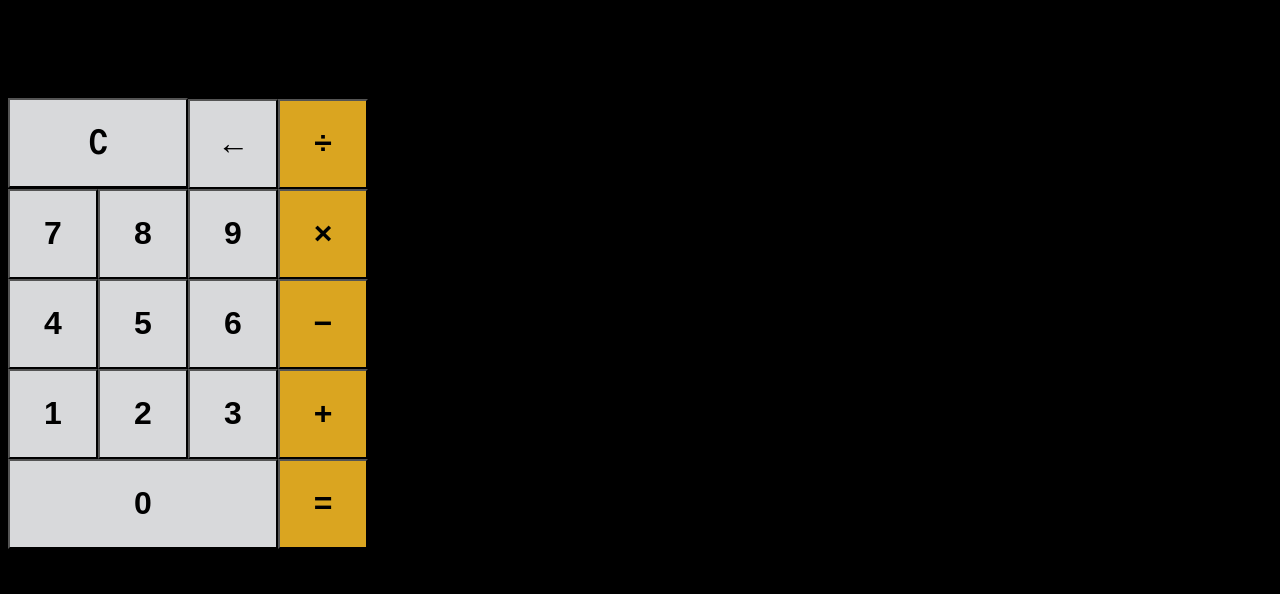
Repository: jontslater/LAB-calculator2
Page: index.html
These files come from the project's save history. The page is drawn as it stood at one moment and after the next save; the edit follows.
The browser window is 1280 px wide. The pictures show the whole page.

Above is the page before, as saved 2023-10-14 10:13:12.

### index.html
<!DOCTYPE html>
<html lang="en">
<head>
  <meta charset="UTF-8">
  <meta name="viewport" content="width=device-width, initial-scale=1.0">
  <title>calculator</title>
  <link rel="stylesheet" href="main.css">
  <script src="main.js"></script>
</head>

<body>
  <div class="container">

    <div class="box"></div>

    <table>
    <button class="symbols gray three">&#8705;</button>
    <button class="symbols gray">&#8592;</button>
    <button class="symbols orange">&#247;</button>
  </table>

  <table>
    <button class="bottonss gray">7</button>
    <button class="bottonss gray">8</button>
    <button class="bottonss gray">9</button>
    <button class="orange">&#215;</button>
  </table>

  <table>
    <button class="bottonss gray">4</button>
    <button class="bottonss gray">5</button>
    <button class="bottonss gray">6</button>
    <button class="orange">&#8722;</button>
  </table>

  <table>
    <button class="bottonss gray">1</button>
    <button class="bottonss gray">2</button>
    <button class="bottonss gray">3</button>
    <button class="orange">&#43;</button>
  </table>


  <table>
    <button class="bottonss gray twice">0</button>
    <button class="orange">&#61;</button>
  </table>

  </div>

</body>
</html>

### main.css
body{
  background-color: #000000;
}

.container{
  width: 400px;
  font-size: xx-large;
  font-weight: bold;
}



.buttonss{
  background-color: #d8d9db;
  height: 90px;
  width: 90px;
  font-size: xx-large;
  font-weight: bold;
}



.gray{
  background-color: #d8d9db;
  height: 90px;
  width: 90px;
  font-size: xx-large;
  font-weight: bold;
}

.twice{
  width: 270px;
  font-size: xx-large;
  font-weight: bold;
}

.three{
  width: 180px;
  font-size: xx-large;
  font-weight: bold;
}

.orange{
  background-color:goldenrod;
  height: 90px;
  width: 90px;
  font-size: xx-large;
  font-weight: bold;
}

.box{
  background-color: #000000;
  height: 90px;
  width: 360px;
  border-radius: 1px;
  border-color: white;
}

Loaded but not shown: main.js (no stored copy; drawn as an empty file)

After the next save:
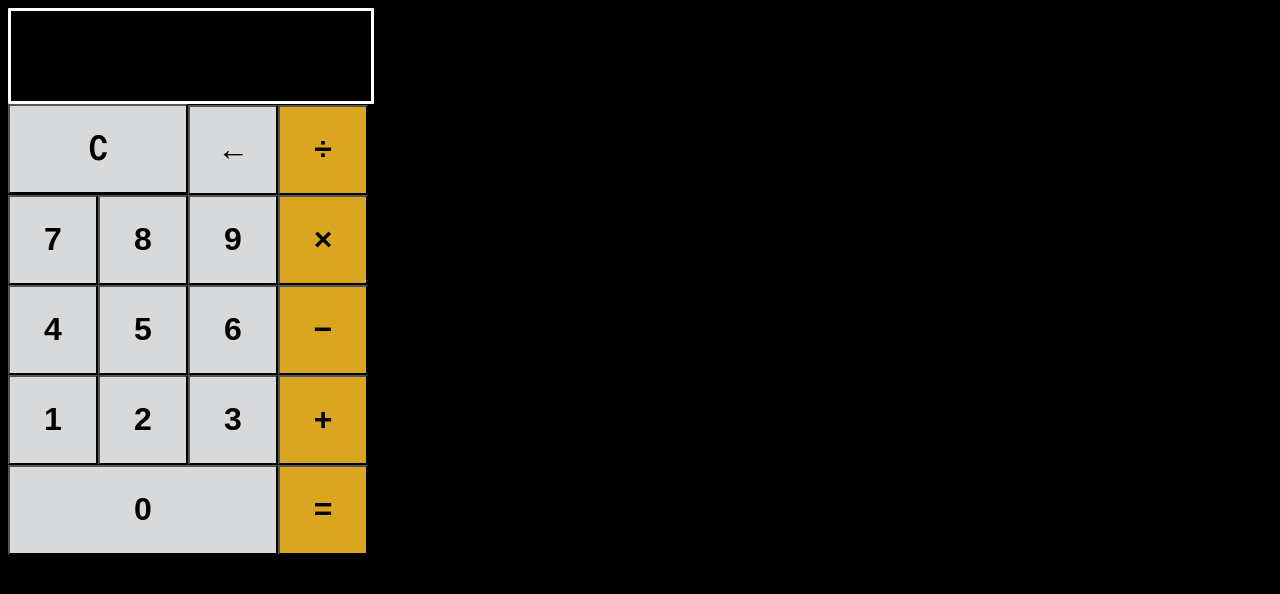
Saved 2 min 15 s later.
--- a/main.css
+++ b/main.css
@@ -54,4 +54,5 @@ body{
   width: 360px;
   border-radius: 1px;
   border-color: white;
+  border-style: solid;
 }
